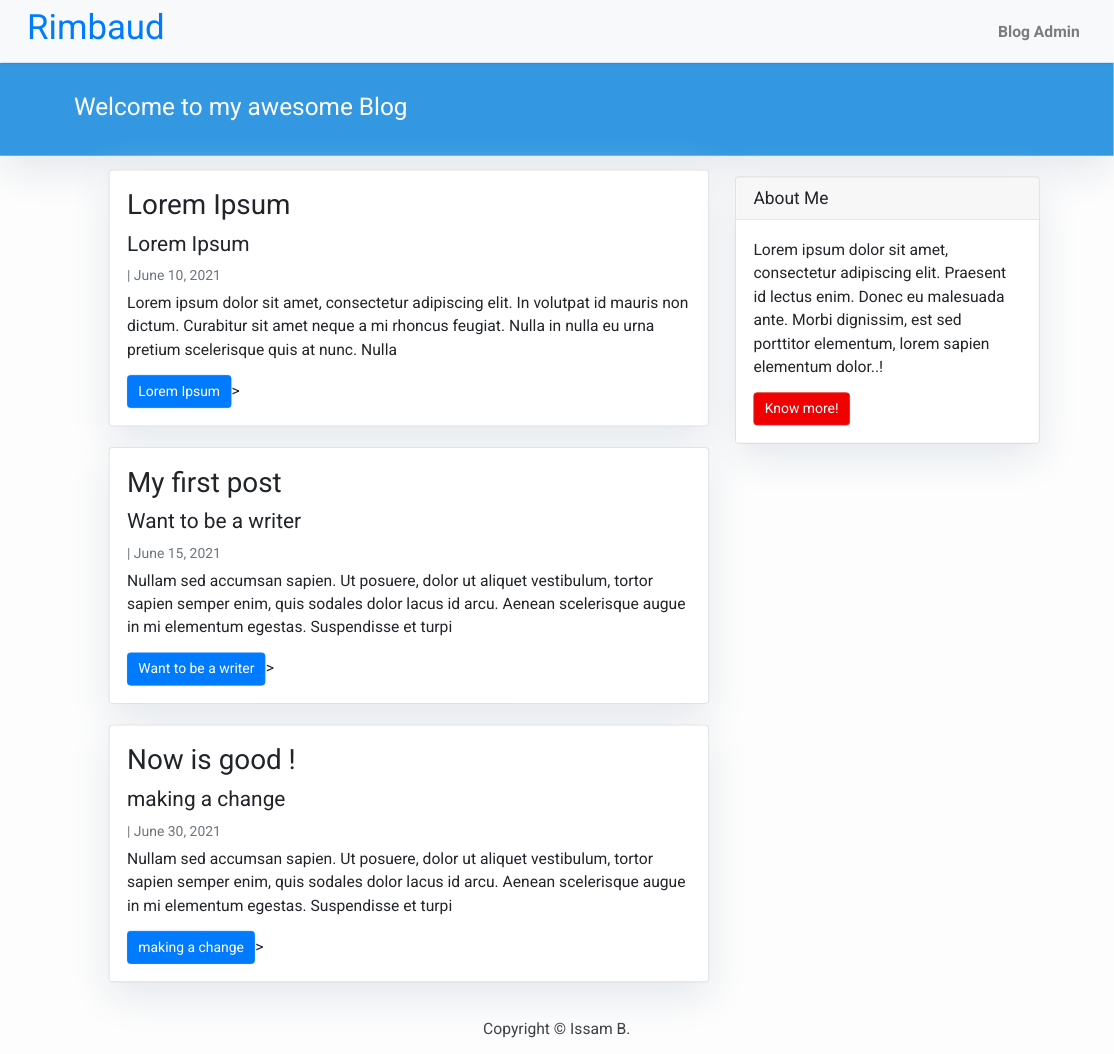
Repository: IssamBouzidi/rimbaud
Page: http://localhost/
An editor plug-in stored every save of this project. The page is shown before and after the next save, followed by the edit.
The browser window is 1280 px wide. The pictures show the whole page, at 87% of full size.
The page is served by the project's application, run on Django 3.2 (manage.py). Other server files are loaded and not shown. The page reads the database file committed with the project.

Above is the page before, as saved 2021-06-04 01:04:04.

### blog/templates/index.html
{% extends "base.html" %}
{% block content %}
<style>
    body {
        font-family: "Roboto", sans-serif;
        font-size: 18px;
        background-color: #fdfdfd;
    }

    .head_text {
        color: white;
    }

    .card {
        box-shadow: 0 16px 48px #E3E7EB;
    }
</style>

<header class="masthead">
    <div class="overlay"></div>
    <div class="container">
        <div class="row">
            <div class=" col-md-8 col-md-10">
                <div class="site-heading">
                    <h3 class=" site-heading my-4 mt-3 text-white"> Welcome to my awesome Blog </h3>
                    </p>
                </div>
            </div>
        </div>
    </div>
</header>
<div class="container">
    <div class="row">
        <!-- Blog Entries Column -->
        <div class="col-md-8 mt-3 left">
            {% include "detail_article.html" %}
            <!-- {% for post in post_list %} -->
            <div class="card mb-4">
                <div class="card-body">
                    <h2 class="card-title">{{ post.title }}</h2>
                    <p class="card-text text-muted h6">{{ post.author }} | {{ post.created_on}} </p>
                    <p class="card-text">{{post.content|slice:":200" }}</p>
                    <!-- <a href="{% url 'post_show' post.id  %}" class="btn btn-primary">Read More &rarr;</a> -->
                </div>
            </div>
            <!-- {% endfor %} -->
        </div>
        {% block sidebar %} {% include 'sidebar.html' %} {% endblock sidebar %}
    </div>
</div>
{%endblock%}

### blog/templates/base.html
<!DOCTYPE html>
<html>

    <head>
        <title>Django Central</title>
        <link href="https://fonts.googleapis.com/css?family=Roboto:400,700" rel="stylesheet">
        <meta name="google" content="notranslate" />
        <meta name="viewport" content="width=device-width, initial-scale=1" />
        <link rel="stylesheet" href="https://maxcdn.bootstrapcdn.com/bootstrap/4.0.0/css/bootstrap.min.css" integrity="sha384-Gn5384xqQ1aoWXA+058RXPxPg6fy4IWvTNh0E263XmFcJlSAwiGgFAW/dAiS6JXm"
            crossorigin="anonymous" />
    </head>

    <body>
        <style>
            body {
            font-family: "Roboto", sans-serif;
            font-size: 17px;
            background-color: #fdfdfd;
        }
        .shadow {
            box-shadow: 0 4px 2px -2px rgba(0, 0, 0, 0.1);
        }
        .btn-danger {
            color: #fff;
            background-color: #f00000;
            border-color: #dc281e;
        }
        .masthead {
            background: #3398E1;
            height: auto;
            padding-bottom: 15px;
            box-shadow: 0 16px 48px #E3E7EB;
            padding-top: 10px;
        }
    </style>

    <!-- {% block title %}{% if subtitle %}{{ subtitle }} | {% endif %}{{ title }} | {{ site_title|default:_('Django site admin') }}{% endblock %} -->
        <!-- Navigation -->
        <nav class="navbar navbar-expand-lg navbar-light bg-light shadow" id="mainNav">
            <div class="container-fluid">
                {% block branding %}
                    <h1 id="site-name"><a href="#">Rimbaud</a></h1>
                {% endblock %}
                <button class="navbar-toggler navbar-toggler-right" type="button" data-toggle="collapse" data-target="#navbarResponsive"
                    aria-controls="navbarResponsive" aria-expanded="false" aria-label="Toggle navigation">
                    <span class="navbar-toggler-icon"></span>
                </button>
                <div class="collapse navbar-collapse" id="navbarResponsive">
                    <ul class="navbar-nav ml-auto">
                        <li class="nav-item text-black">
                            <a class="nav-link text-black font-weight-bold" href="{% url 'admin:index' %}">
                                {{ site_title|default:_('Blog Admin') }}
                            </a>
                        </li>
                    </ul>
                </div>
            </div>
        </nav>
        {% block content %}
        <!-- Content Goes here -->
        {% endblock content %}
        <!-- Footer -->
        <footer class="py-3 bg-grey">
            <p class="m-0 text-dark text-center ">Copyright &copy; Issam B.</p>
        </footer>
    </body>
</html>

### blog/templates/detail_article.html
<ul>
    {% for article in articles %}
    <div class="card mb-4">
        <div class="card-body">
            <h2 class="card-title">{{ article.title }}</h2>
            <h4 class="card-title">{{ article.description }}</h4>
            <p class="card-text text-muted h6">{{ article.author }} | {{ article.visibility_date_limit}} </p>
            <p class="card-text">{{article.article|slice:":200" }}</p>
            <a href="/article/{{ article.id }}" class="btn btn-primary">{{ article.description }}</a>>
        </div>
    </div>
    {% endfor %}
</ul>

### blog/templates/sidebar.html
{% block sidebar %}

<style>
        .card{
            box-shadow: 0 16px 48px #E3E7EB;
        }

</style>

<!-- Sidebar Widgets Column -->
<div class="col-md-4 float-right ">
<div class="card my-4">
        <h5 class="card-header">About Me</h5>
    <div class="card-body">
        <p class="card-text"> Lorem ipsum dolor sit amet, consectetur adipiscing elit. Praesent id lectus enim. Donec eu malesuada ante. Morbi dignissim, est sed porttitor elementum, lorem sapien elementum dolor..!</p>
        <a href="#" class="btn btn-danger">Know more!</a>
    </div>
</div>
</div>

{% endblock sidebar %}

### blog/models.py
from django.db import models


class Article(models.Model):
    title = models.CharField("Titre", max_length=25)
    description = models.CharField("Déscription", max_length=50)
    article = models.TextField("Article", max_length=1000)
    visibility_date_limit = models.DateField("Date limite de parution")
    visible_only_by_admin = models.BooleanField("Article visible par l'administrateur uniquement", default=True)

### blog/views.py
from django.shortcuts import render
from django.http import HttpResponse
from blog.models import Article
from django.db.models.query import QuerySet
import datetime


def get_all(request):
    query = __find_articles_query(request.user.is_superuser)
    articles_list = {"articles": query}
#    return render(request, "all.html", articles_list)
    return render(request, "index.html", articles_list)



def get_article(request, id: str):
    print(f'id: {id.__class__.__name__}')
    query = (__find_articles_query(request.user.is_superuser).filter(id=id).first())
    article = {"article": query}
    return render(request, "article.html", article)


def search_article(request, title: str = None):
    if title is None:
        query = __find_articles_query(request.user.is_superuser)
    else:
        query = __find_articles_query(request.user.is_superuser).filter(
            title__icontains=title
        )

    articles_list = {"articles": query}
    return render(request, "detail_article.html", articles_list)


def __find_articles_query(is_admin: bool = False) -> QuerySet:
    articles = Article.objects.exclude(
        visibility_date_limit__lt=datetime.datetime.now(),
    ).order_by("id")

    if not is_admin:
        articles = articles.exclude(
            visible_only_by_admin=True,
        )

    return articles

### rimbaud/urls.py
"""rimbaud URL Configuration

The `urlpatterns` list routes URLs to views. For more information please see:
    https://docs.djangoproject.com/en/3.1/topics/http/urls/
Examples:
Function views
    1. Add an import:  from my_app import views
    2. Add a URL to urlpatterns:  path('', views.home, name='home')
Class-based views
    1. Add an import:  from other_app.views import Home
    2. Add a URL to urlpatterns:  path('', Home.as_view(), name='home')
Including another URLconf
    1. Import the include() function: from django.urls import include, path
    2. Add a URL to urlpatterns:  path('blog/', include('blog.urls'))
"""
from django.contrib import admin
from django.urls import include, path

urlpatterns = [
    path('admin/', admin.site.urls),
    path('', include('blog.urls'))
]

### blog/urls.py
from django.urls import path

from . import views

urlpatterns = [
    path("", views.get_all),
    path("article/<str:id>", views.get_article),
    path("search_article/", views.search_article),
    path("search_article/<str:title>", views.search_article)
]

### db.sqlite3 (the tables this page reads, as SQL)
CREATE TABLE "blog_article" ("id" integer NOT NULL PRIMARY KEY AUTOINCREMENT, "title" varchar(25) NOT NULL, "description" varchar(50) NOT NULL, "article" text NOT NULL, "visible_only_by_admin" bool NOT NULL, "visibility_date_limit" date NOT NULL);
INSERT INTO "blog_article" VALUES
(1, 'Lorem Ipsum', 'Lorem Ipsum', 'Lorem ipsum dolor sit amet, consectetur adipiscing elit. In volutpat id mauris non dictum. Curabitur sit amet neque a mi rhoncus feugiat. Nulla in nulla eu urna pretium scelerisque quis at nunc. Nulla leo purus, blandit a porta in, auctor ac ante. Praesent suscipit turpis volutpat velit suscipit maximus. Donec eget tincidunt lacus, sed ultrices diam. Vestibulum tellus nisl, pellentesque suscipit ornare rhoncus, accumsan eu elit. Aliquam erat volutpat. Vivamus dictum nibh ut sem molestie, et maximus sapien vestibulum. Pellentesque faucibus porta leo.

Vivamus feugiat enim dui, id ultricies dui vulputate et. Nam vulputate erat nisi, sed interdum nibh convallis ut. Morbi vitae quam quis mi mollis luctus ut in arcu. Nam vel enim ac mauris pulvinar dignissim quis at augue. Phasellus in nisi justo. Maecenas condimentum efficitur justo vel ultricies. Vivamus commodo, arcu non cursus congue, nisi magna ultricies magna, vel consequat tortor leo vel nunc.', 0, '2021-06-10'),
(2, 'My first post', 'Want to be a writer', 'Nullam sed accumsan sapien. Ut posuere, dolor ut aliquet vestibulum, tortor sapien semper enim, quis sodales dolor lacus id arcu. Aenean scelerisque augue in mi elementum egestas. Suspendisse et turpis et nibh pretium ultricies venenatis nec urna. Mauris eget congue enim. Nulla condimentum ex quis suscipit gravida. Praesent tristique massa ac dignissim commodo. Fusce purus tellus, mattis nec bibendum nec, maximus sed risus. Morbi consequat pellentesque erat et blandit. Interdum et malesuada fames ac ante ipsum primis in faucibus. Donec imperdiet nisl sit amet nibh ornare, dapibus sodales ligula finibus. Curabitur sagittis faucibus tempus. In ante nulla, aliquam bibendum quam eget, accumsan semper urna.

Sed euismod libero ut fermentum finibus. Donec vulputate varius tortor, id dapibus ex rutrum sed. Vestibulum sed odio lacus. Integer commodo lacus vel ex congue rhoncus in non erat. Maecenas efficitur interdum tincidunt. Vivamus semper, leo at lacinia sodales, sapien tortor egestas', 0, '2021-06-15'),
(3, 'Now is good !', 'making a change', 'Nullam sed accumsan sapien. Ut posuere, dolor ut aliquet vestibulum, tortor sapien semper enim, quis sodales dolor lacus id arcu. Aenean scelerisque augue in mi elementum egestas. Suspendisse et turpis et nibh pretium ultricies venenatis nec urna. Mauris eget congue enim. Nulla condimentum ex quis suscipit gravida. Praesent tristique massa ac dignissim commodo. Fusce purus tellus, mattis nec bibendum nec, maximus sed risus. Morbi consequat pellentesque erat et blandit. Interdum et malesuada fames ac ante ipsum primis in faucibus. Donec imperdiet nisl sit amet nibh ornare, dapibus sodales ligula finibus. Curabitur sagittis faucibus tempus. In ante nulla, aliquam bibendum quam eget, accumsan semper urna.

Sed euismod libero ut fermentum finibus. Donec vulputate varius tortor, id dapibus ex rutrum sed. Vestibulum sed odio lacus. Integer commodo lacus vel ex congue rhoncus in non erat. Maecenas efficitur interdum tincidunt. Vivamus semper, leo at lacinia sodales, sapien tortor egestas', 0, '2021-06-30');

After the next save:
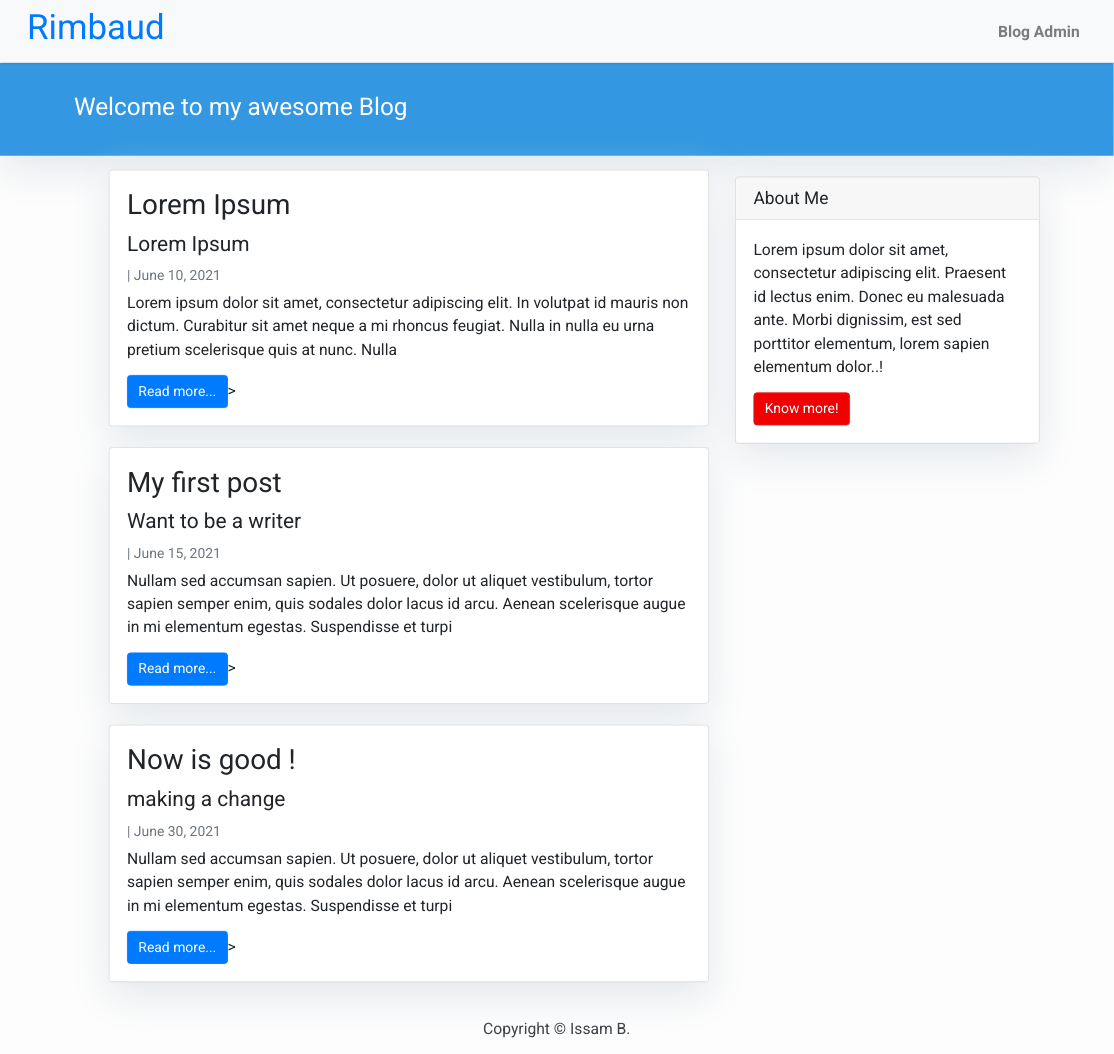
Saved 11 s later.
--- a/blog/templates/detail_article.html
+++ b/blog/templates/detail_article.html
@@ -6,7 +6,7 @@
             <h4 class="card-title">{{ article.description }}</h4>
             <p class="card-text text-muted h6">{{ article.author }} | {{ article.visibility_date_limit}} </p>
             <p class="card-text">{{article.article|slice:":200" }}</p>
-            <a href="/article/{{ article.id }}" class="btn btn-primary">{{ article.description }}</a>>
+            <a href="/article/{{ article.id }}" class="btn btn-primary">Read more...</a>>
         </div>
     </div>
     {% endfor %}
